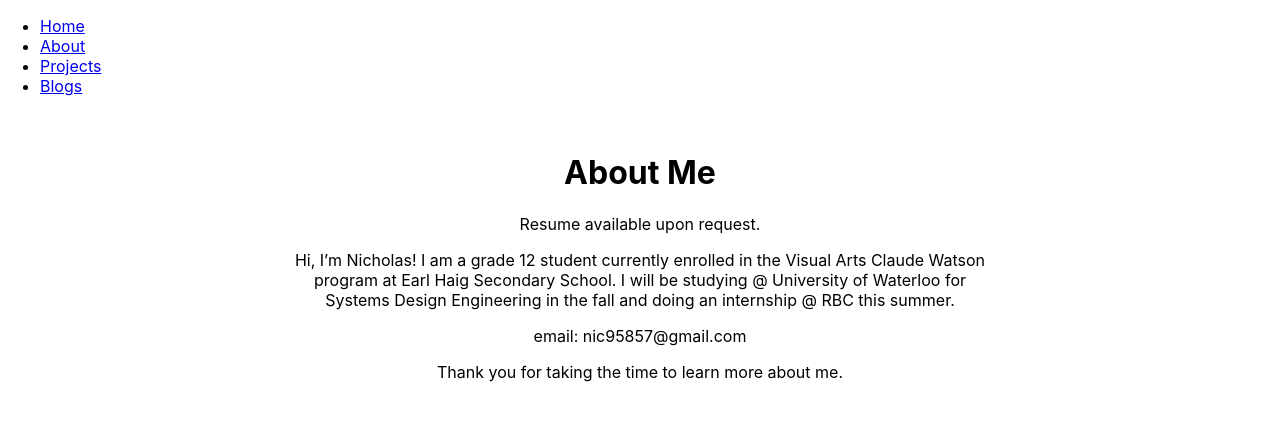
Repository: nicholaschen09/personalWebsite
Page: /about
The author's editor kept a copy of each file at every save. The page is drawn from the files as they stood at one save, then again after the next save.
The browser window is 1280 px wide. The pictures show the whole page.
The project was rebuilt for these pictures with package versions that can differ from the ones it lists, and the page was loaded fresh each time. Also part of the build but not shown: src/components/Home.css, src/components/Home.js, src/components/Projects.css, src/components/Projects.js, src/components/Blog.css, src/components/Blog.js.

Above is the page before, as saved 2024-05-23 00:20:45.

After the next save:
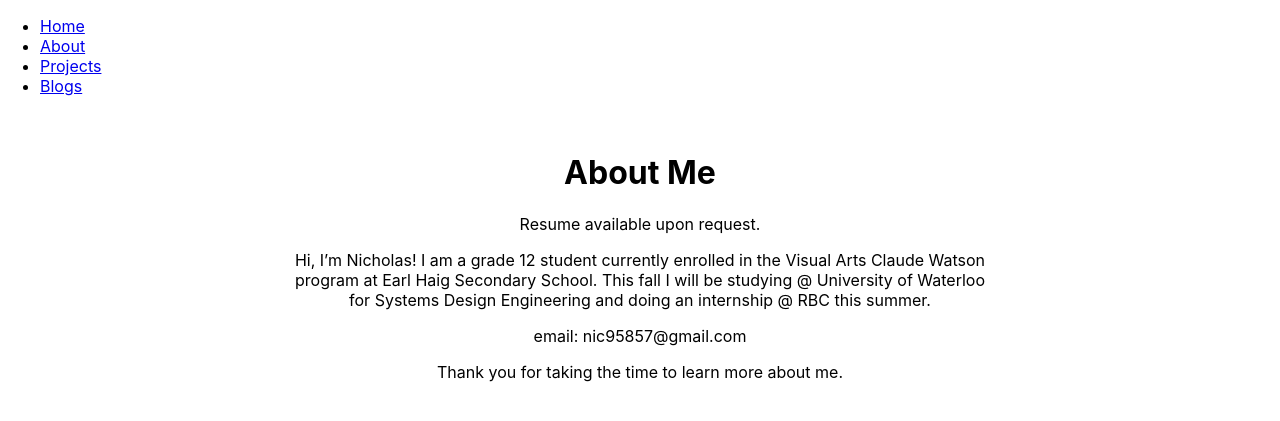
Saved 4 min 46 s later.
--- a/src/components/About.js
+++ b/src/components/About.js
@@ -8,8 +8,8 @@ const About = () => {
             <h1>About Me</h1>
             <p>Resume available upon request.</p>
             <p>Hi, I’m Nicholas!  I am a grade 12 student currently enrolled in the Visual Arts Claude Watson
-                program at Earl Haig Secondary School. I will be studying @ University of
-                Waterloo for Systems Design Engineering in the fall and doing an internship @ RBC this summer.</p>
+                program at Earl Haig Secondary School. This fall I will be studying @ University of
+                Waterloo for Systems Design Engineering and doing an internship @ RBC this summer.</p>
             <p>email: nic95857@gmail.com</p>
             <p>Thank you for taking the time to learn more about me.</p>
         </div>
